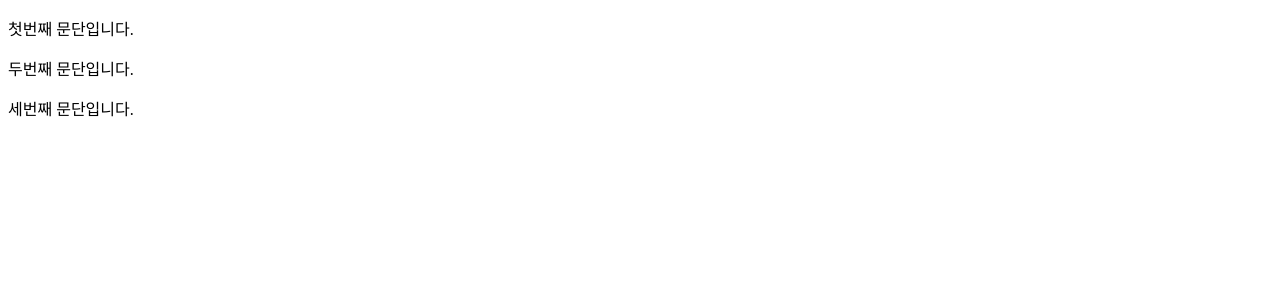
Repository: chanjin5212/Full-Stack-study
Page: client/ClientTest/src/main/webapp/html/ex06_p.html
The author's editor kept a copy of each file at every save. The page is drawn from the files as they stood at one save, then again after the next save.
The browser window is 1280 px wide. The pictures show the whole page.

Above is the page before, as saved 2022-05-23 08:14:24.

### client/ClientTest/src/main/webapp/html/ex06_p.html
<!DOCTYPE html>
<html>
<head>
<meta charset="UTF-8">
<title>Insert title here</title>
</head>
<body>
	<!-- ex06_p.html -->

	<!--

		*** 태그는 용도에 맞게 적합한 태그를 사용한다.

		<p>, paragraph
		- 문단 태그
		- 텍스트 집합
		- 쌍태그
		- 혼합형



	 -->

	<p>첫번째 문단입니다.</p>
	<p>두번째 문단입니다.</p>
	<p>세번째 문단입니다.</p>

	<!--
	첫번째 문단입니다.<br><br>
	두번째 문단입니다.<br><br>
	세번째 문단입니다.
	-->

</body>
</html>

After the next save:
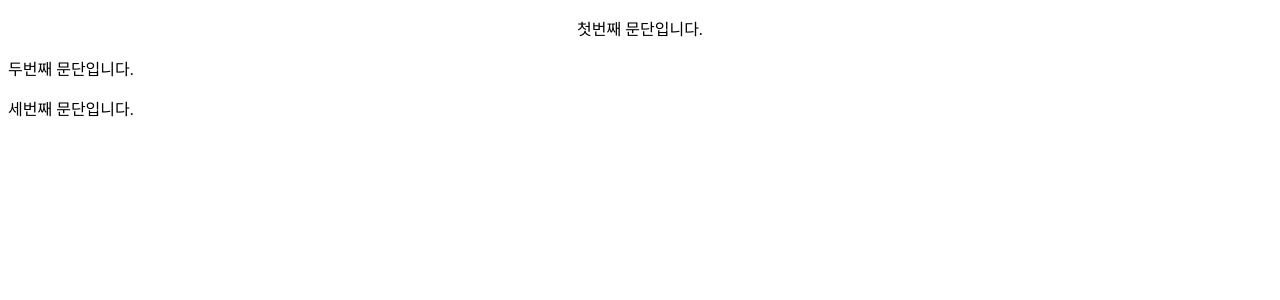
Saved 101 s later.
--- a/client/ClientTest/src/main/webapp/html/ex06_p.html
+++ b/client/ClientTest/src/main/webapp/html/ex06_p.html
@@ -18,10 +18,14 @@
 		- 혼합형
 
 
+		p.align 속성
+		- horizontal alignment: 수평 정렬
+		- 내용물의 수평 정렬
+		- 열거형 > left|center|right|justify
 
 	 -->
 
-	<p>첫번째 문단입니다.</p>
+	<p align="center">첫번째 문단입니다.</p>
 	<p>두번째 문단입니다.</p>
 	<p>세번째 문단입니다.</p>
 

After the 2 saves that followed:
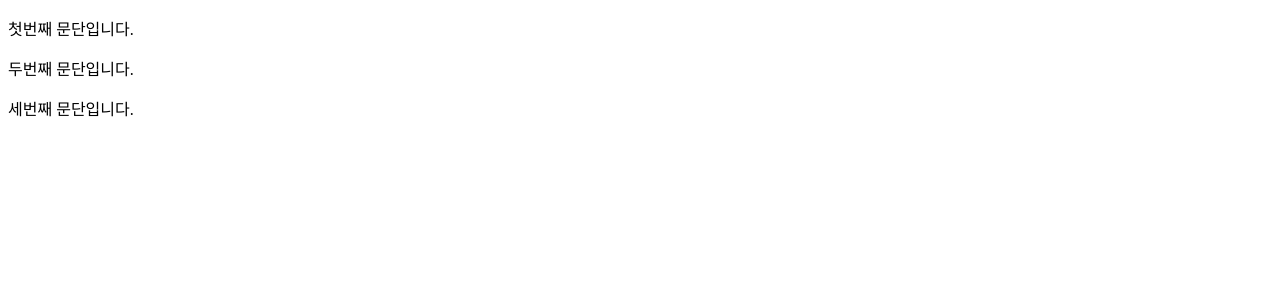
The 2 saves are shown as one change because 1 left the picture as it was.
The last was saved 84 s later.
--- a/client/ClientTest/src/main/webapp/html/ex06_p.html
+++ b/client/ClientTest/src/main/webapp/html/ex06_p.html
@@ -25,7 +25,7 @@
 
 	 -->
 
-	<p align="center">첫번째 문단입니다.</p>
+	<p align="justify">첫번째 문단입니다.</p>
 	<p>두번째 문단입니다.</p>
 	<p>세번째 문단입니다.</p>
 
